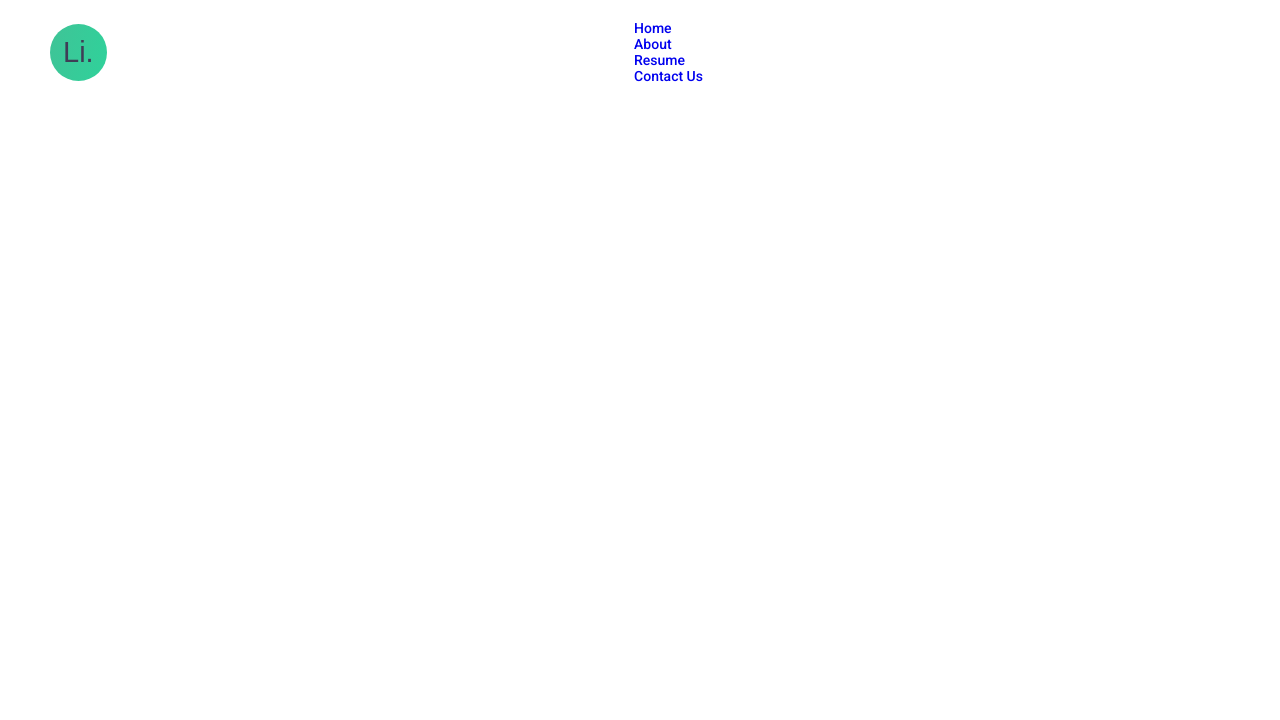
Repository: kebinh1235/porfolio-demo
Page: index.html
These files come from the project's save history. The page is drawn as it stood at one moment and after the next save; the edit follows.
The browser window is 1280 px wide. The pictures show the whole page.
Some web libraries are served in a nearby version.

Above is the page before, as saved 2021-10-19 23:04:34.

After the next save:
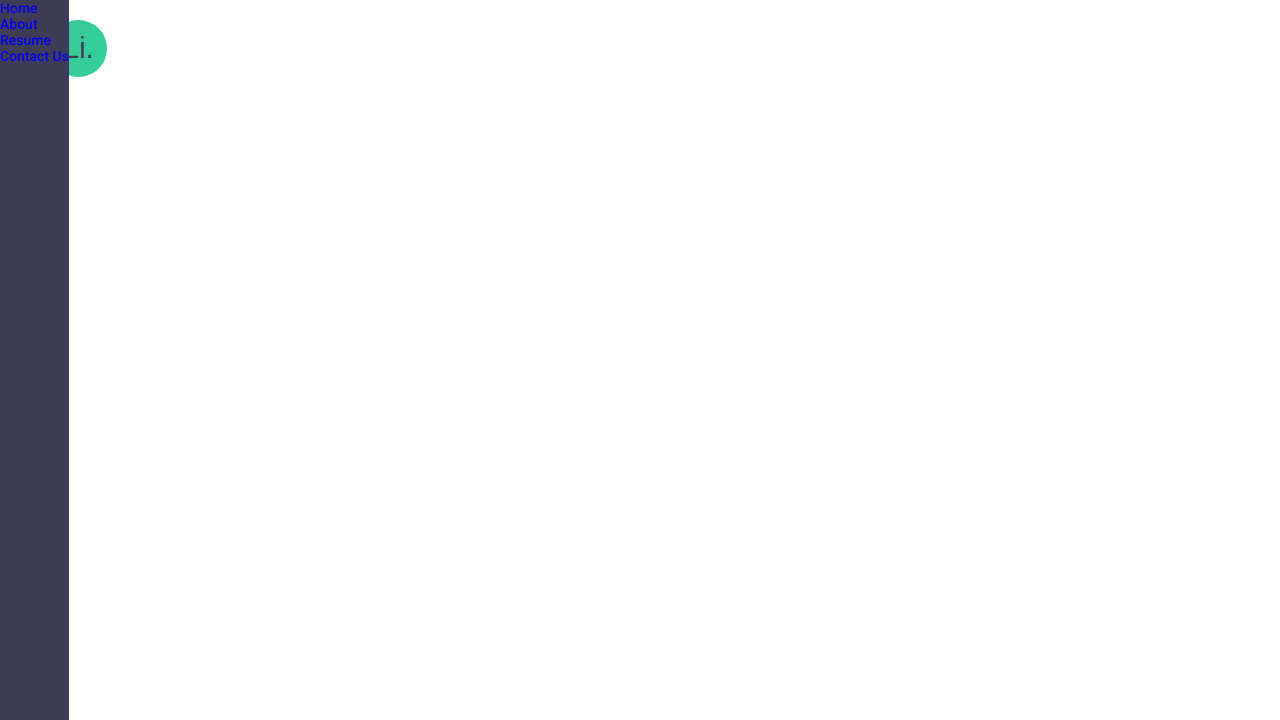
Saved 81 s later.
--- a/css/style.css
+++ b/css/style.css
@@ -60,6 +60,11 @@ header {
   width: 100%;
 }
 .navbar__list{
+  position: fixed;
+  top: 0;
+  left: 0;
+  bottom: 0;
+  background: var(--gray);
   font-size: 1.4rem;
 }
 .navbar__item{
